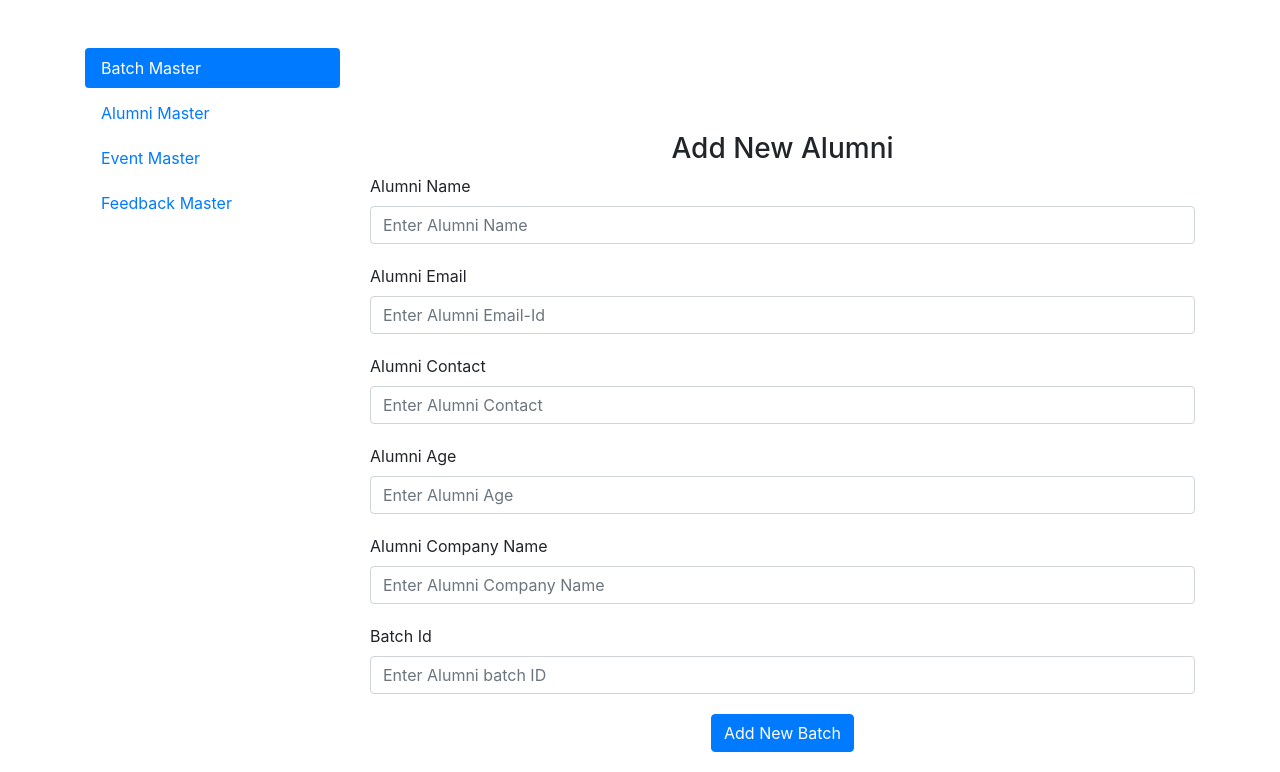
Repository: Shreyash1107/Web_Projects
Page: http://localhost/AlumnieventmanagementApplication/AddAlumni.jsp
The author's editor kept a copy of each file at every save. The page is drawn from the files as they stood at one save, then again after the next save.
The browser window is 1280 px wide. The pictures show the whole page.
The page is served by Tomcat 9. Nobody is signed in. The application's start-up code is not run. Other server files are loaded and not shown.

Above is the page before, as saved 2024-07-28 09:39:13.

### AlumnieventmanagementApplication/src/main/webapp/AddAlumni.jsp
<%@ page language="java" contentType="text/html; charset=ISO-8859-1"
	pageEncoding="ISO-8859-1"%>
<!DOCTYPE html>
<html>
<head>
<meta charset="ISO-8859-1">
<title>Adding Alumni</title>
<link rel="stylesheet"
	href="https://cdn.jsdelivr.net/npm/bootstrap@4.0.0/dist/css/bootstrap.min.css"
	integrity="sha384-Gn5384xqQ1aoWXA+058RXPxPg6fy4IWvTNh0E263XmFcJlSAwiGgFAW/dAiS6JXm"
	crossorigin="anonymous">
	<style>
	.form-container {
		padding-top: 5vh;
	}
	.form-group {
		margin-bottom: 20px;
	}
	.nav-link {
		margin-bottom: 5px;
	}
	</style>
</head>
<body>
	<div class="container mt-5">
		<div class="row">
			<div class="col-md-3">
				<div class="nav flex-column nav-pills menubar" id="v-pills-tab"
					role="tablist" aria-orientation="vertical">
					<a class="nav-link active" id="v-pills-home-tab" data-toggle="pill"
						href="index.jsp" role="tab" aria-controls="v-pills-home"
						aria-selected="true">Batch Master</a> <a class="nav-link"
						id="v-pills-profile-tab" data-toggle="pill"
						href="Alumnimaster.jsp" role="tab" aria-controls="v-pills-profile"
						aria-selected="false">Alumni Master</a> <a class="nav-link"
						id="v-pills-messages-tab" data-toggle="pill"
						href="#v-pills-messages" role="tab"
						aria-controls="v-pills-messages" aria-selected="false">Event
						Master</a> <a class="nav-link" id="v-pills-settings-tab"
						data-toggle="pill" href="#v-pills-settings" role="tab"
						aria-controls="v-pills-settings" aria-selected="false">Feedback
						Master</a>
				</div>
			</div>
			<div class="col-md-9 content">
				<div class="tab-content" id="v-pills-tabContent">
					<div class="tab-pane fade show active" id="v-pills-home"
						role="tabpanel" aria-labelledby="v-pills-home-tab">
						<div class="form-container mt-5">
							<h3 class="text-center">Add New Alumni</h3>
							<form name='frm' id="frm" action='alumni' method='POST'
								onsubmit="validateName()">
								<div class="form-group">
									<label for="txtBatch">Alumni Name</label> <input type="text"
										name="alumniName" id="txtBatch" class="form-control"
										placeholder="Enter Alumni Name" onkeyup="validateBatch()"
										autocomplete="off"> <span id="s"></span>
								</div>
								<div class="form-group">
									<label for="txtBatch">Alumni Email</label> <input type="email"
										name="Email" id="txtBatch" class="form-control"
										placeholder="Enter Alumni Email-Id" onkeyup="validateBatch()"
										autocomplete="off"> <span id="s"></span>
								</div>
								<div class="form-group">
									<label for="txtBatch">Alumni Contact</label> <input
										type="contact" name="Contact" id="txtBatch"
										class="form-control" placeholder="Enter Alumni Contact"
										onkeyup="validateBatch()" autocomplete="off"> <span
										id="s"></span>
								</div>
								<div class="form-group">
									<label for="txtBatch">Alumni Age</label> <input type="number"
										name="Age" id="txtBatch" class="form-control"
										placeholder="Enter Alumni Age" onkeyup="validateBatch()"
										autocomplete="off"> <span id="s"></span>
								</div>
								<div class="form-group">
									<label for="txtBatch">Alumni Company Name</label> <input
										type="text" name="compname" id="txtBatch" class="form-control"
										placeholder="Enter Alumni Company Name"
										onkeyup="validateBatch()" autocomplete="off"> <span
										id="s"></span>
								</div>
								<div class="form-group">
									<label for="txtBatch">Batch Id</label> <input type="number"
										name="batch" id="txtBatch" class="form-control"
										placeholder="Enter Alumni batch ID" onkeyup="validateBatch()"
										autocomplete="off"> <span id="s"></span>
								</div>
								<div class="form-group d-flex justify-content-center">
									<input type='submit' name='s' id="btn" value='Add New Batch'
										class="btn btn-primary" />
								</div>
							</form>
						</div>
					</div>
					<div class="tab-pane fade" id="v-pills-profile" role="tabpanel"
						aria-labelledby="v-pills-profile-tab"></div>
					<div class="tab-pane fade" id="v-pills-messages" role="tabpanel"
						aria-labelledby="v-pills-messages-tab"></div>
					<div class="tab-pane fade" id="v-pills-settings" role="tabpanel"
						aria-labelledby="v-pills-settings-tab"></div>
				</div>
			</div>
		</div>
	</div>
</body>
</html>

After the next save:
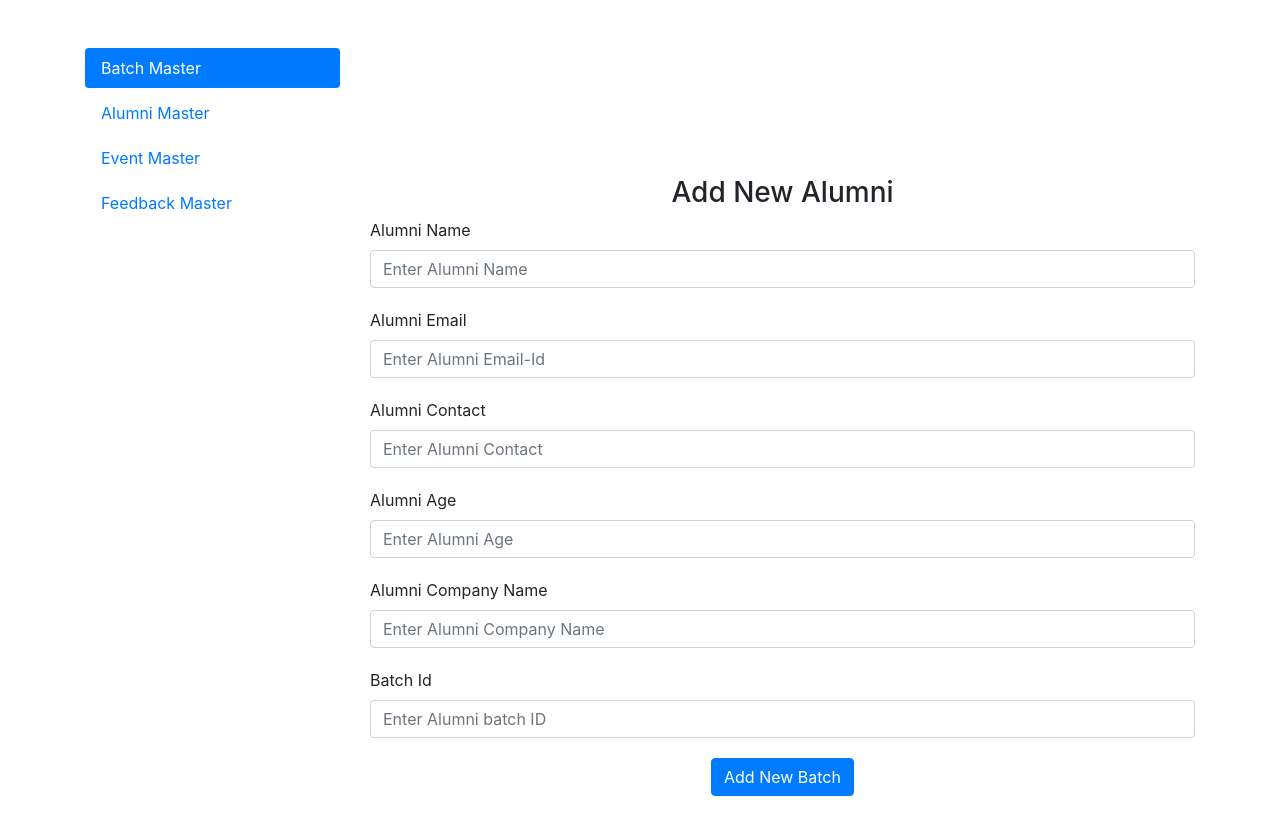
Saved 9 s later.
--- a/AlumnieventmanagementApplication/src/main/webapp/AddAlumni.jsp
+++ b/AlumnieventmanagementApplication/src/main/webapp/AddAlumni.jsp
@@ -11,7 +11,7 @@
 	crossorigin="anonymous">
 	<style>
 	.form-container {
-		padding-top: 5vh;
+		padding-top: 5em;
 	}
 	.form-group {
 		margin-bottom: 20px;
